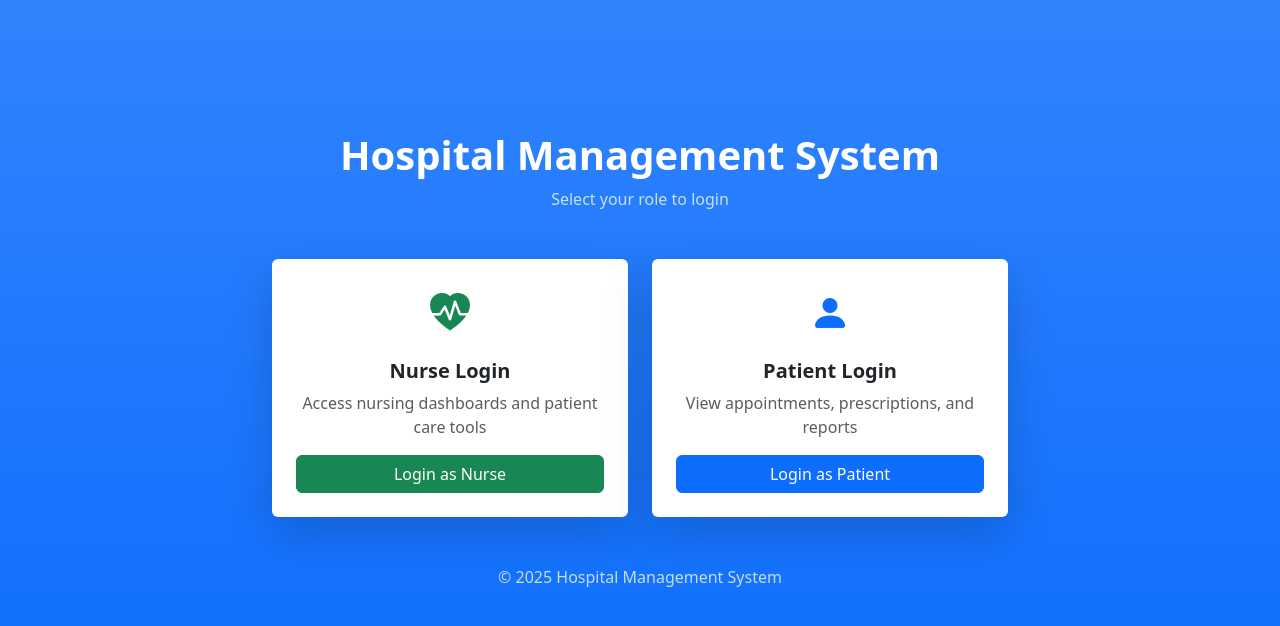
Repository: Rajasekaran0415/LifeCare-Management-System
Page: Project/login.html
An editor plug-in stored every save of this project. The page is shown before and after the next save, followed by the edit.
The browser window is 1280 px wide. The pictures show the whole page.

Above is the page before, as saved 2025-12-26 21:15:23.

After the next save:
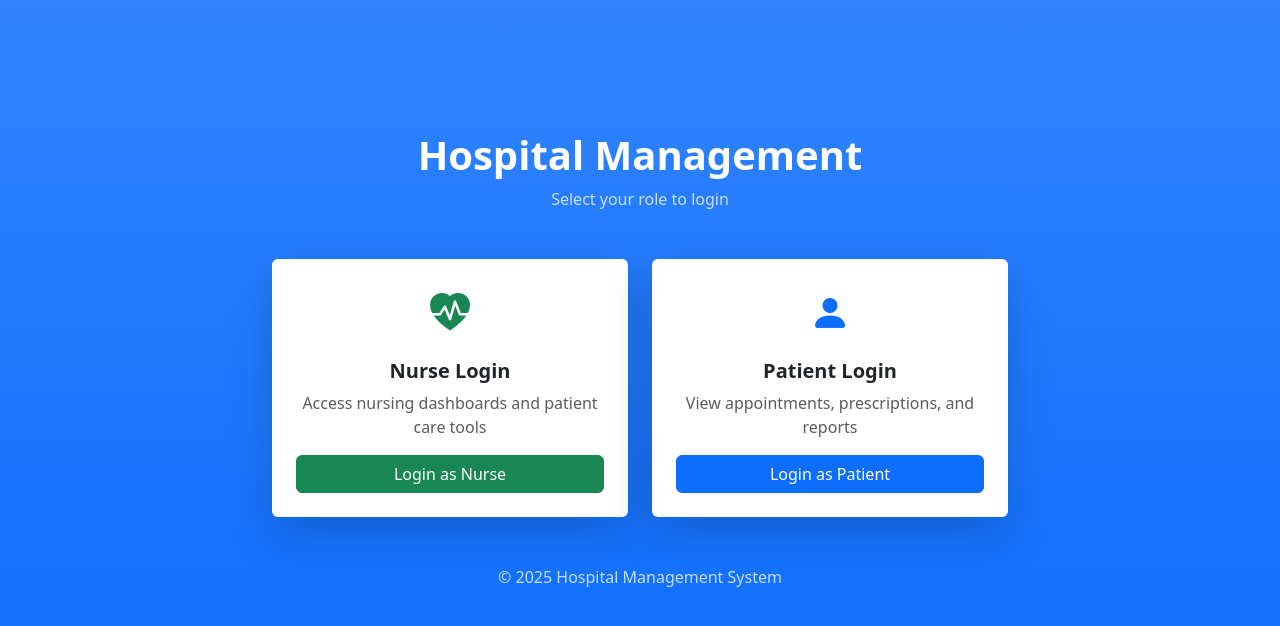
Saved 7 s later.
--- a/Project/login.html
+++ b/Project/login.html
@@ -17,7 +17,7 @@
 
     <!-- Header -->
     <div class="text-center text-white mb-5">
-      <h1 class="fw-bold">Hospital Management System</h1>
+      <h1 class="fw-bold">Hospital Management</h1>
       <p class="opacity-75">Select your role to login</p>
     </div>
 
